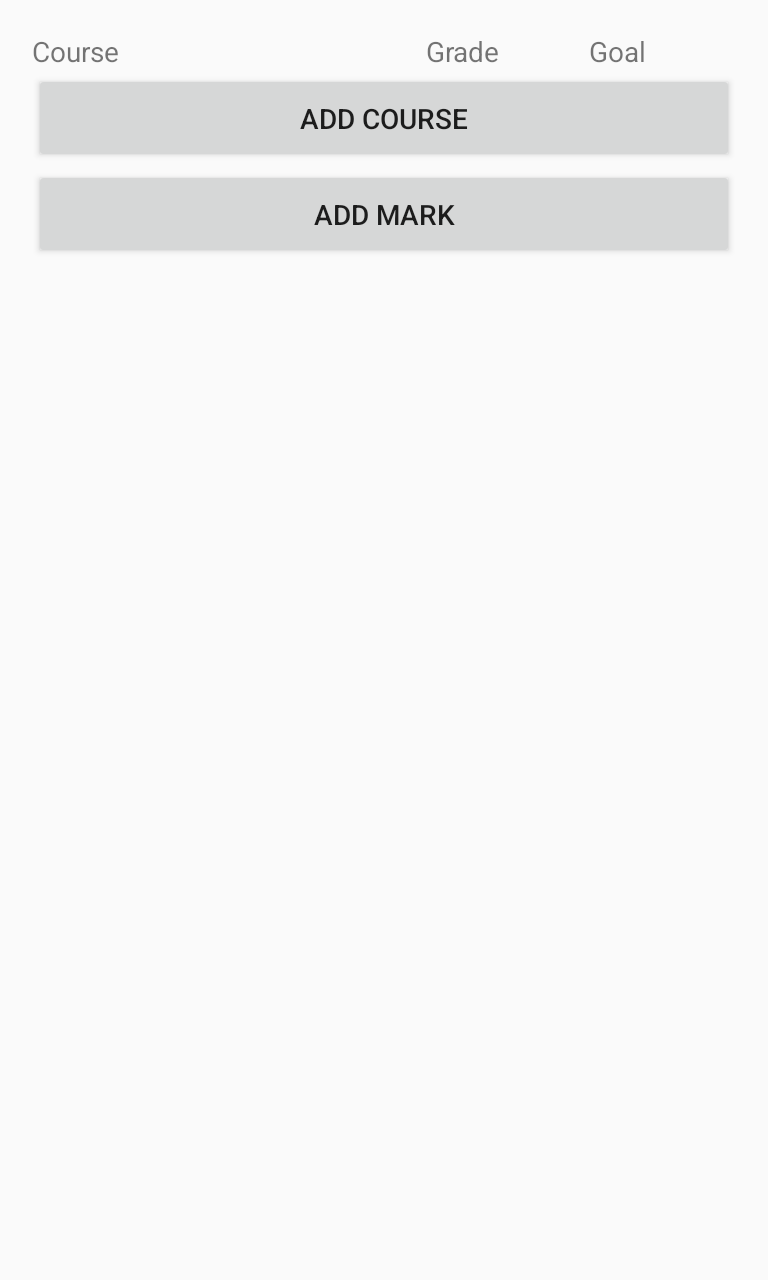
Repository: Tenergy05/GradePlanner
Layout: GradePlanner/res/layout/activity_main.xml
An editor plug-in stored every save of this project. The layout is shown before and after the next save, followed by the edit.
It is drawn on a 768 x 1280 px phone screen (xhdpi) without system bars, with theme AppTheme; the app's code is not run.

Above is the layout before, as saved 2014-12-29 22:57:33.

After the next save:
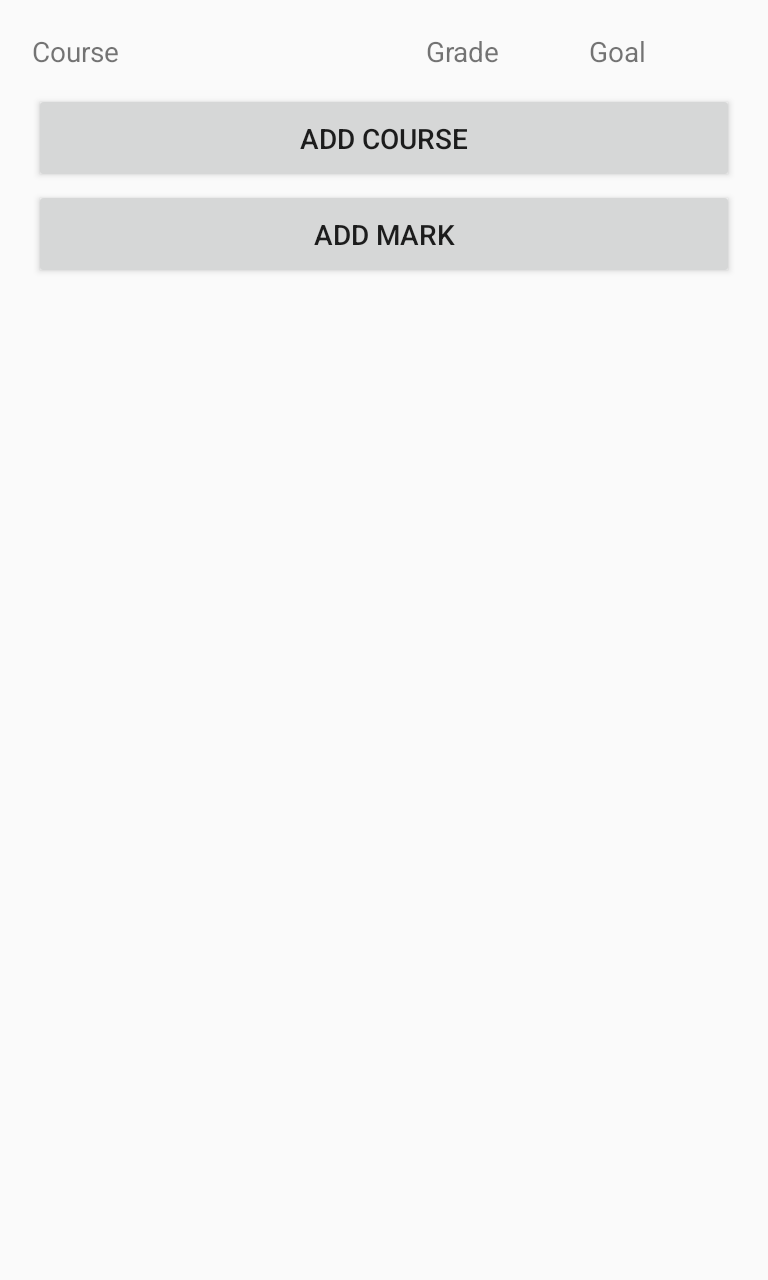
Saved 46 s later.
--- a/GradePlanner/res/layout/activity_main.xml
+++ b/GradePlanner/res/layout/activity_main.xml
@@ -33,7 +33,7 @@
             android:id="@+id/buttonRow1"
             android:layout_width="fill_parent"
             android:layout_height="wrap_content"
-            android:gravity="center_horizontal" >
+            android:layout_marginTop="10dp">
 
                 <Button
 			        android:id="@+id/button1"
